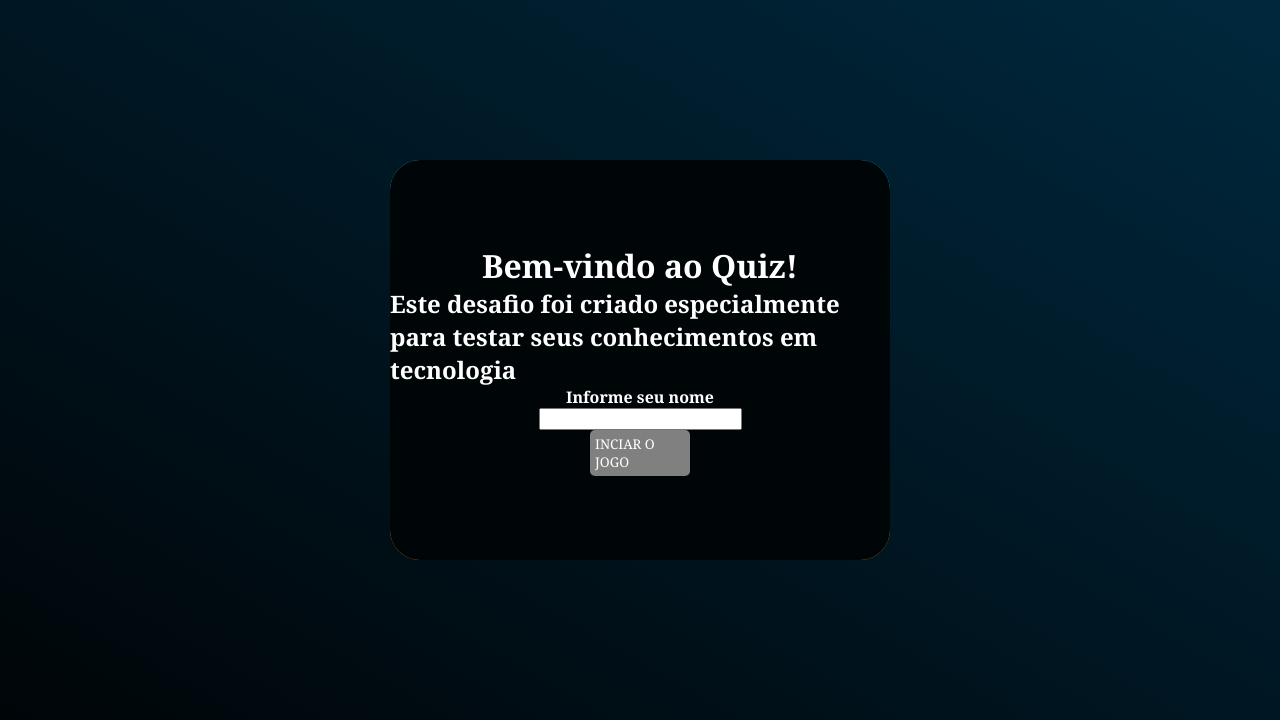
Repository: LaisSilvaO/Projeto-Quizz
Page: telas/apresentação.html
The author's editor kept a copy of each file at every save. The page is drawn from the files as they stood at one save, then again after the next save.
The browser window is 1280 px wide. The pictures show the whole page.

Above is the page before, as saved 2024-12-25 19:20:31.

After the next save:
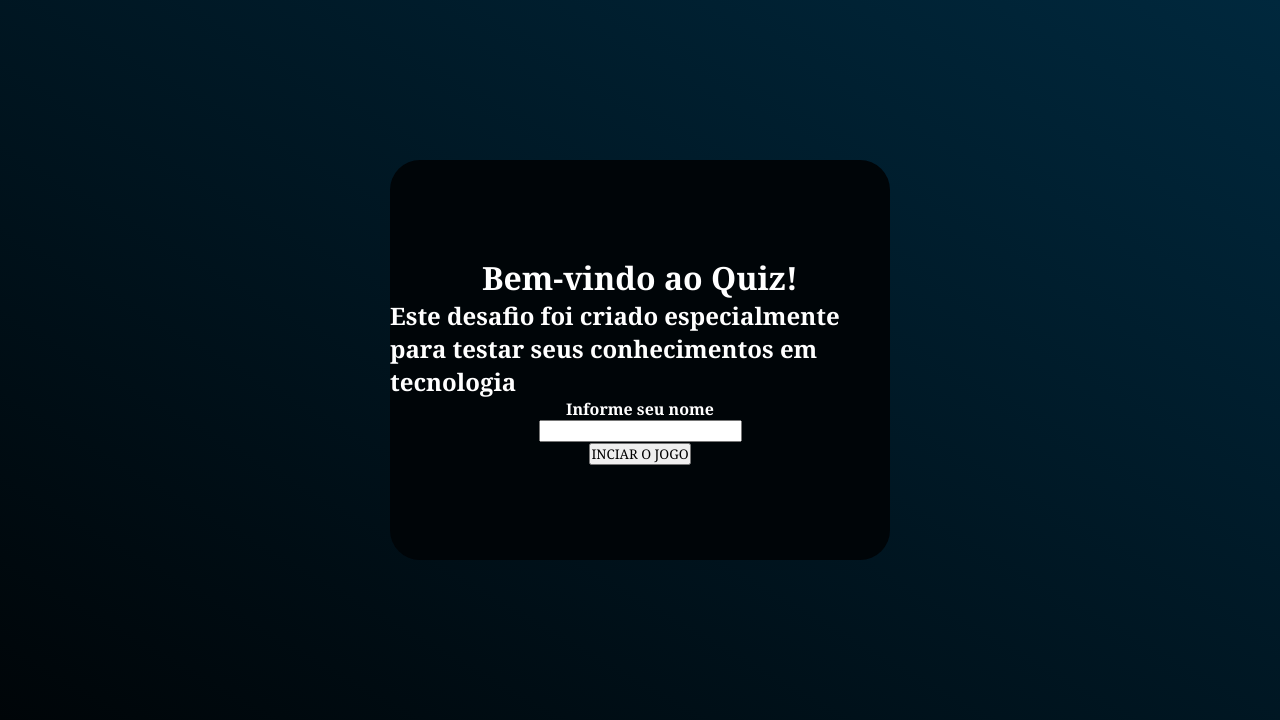
Saved 102 s later.
--- a/img/tela.css
+++ b/img/tela.css
@@ -9,10 +9,7 @@ body {
   height: 100vh;
   display: flex;
   justify-content: center;
-  flex-direction: column;
-  flex-wrap: wrap;
   align-items: center;
-  gap: 5px;
   background: linear-gradient(210deg, #00283d, #000508);
 }
 
@@ -24,48 +21,6 @@ main {
   max-width: 600px;
   min-height: 400px;
   display: flex;
-  align-items: center;
-  justify-content: center;
-}
-
-.content {
-  display: flex;
-  flex-direction: column;
-  width: 100px;
-  gap: 10px;
-}
-
-.qtddquestao {
-  text-align: end;
-}
-
-.resposta {
-  display: flex;
-  flex-direction: column;
-  gap: 5px;
-}
-
-button {
-  width: 100px;
-  text-align: start;
-  padding: 5px;
-  border: none;
-  border-radius: 5px;
-  cursor: pointer;
-  background-color: grey;
-  color: white;
-}
-
-.final {
-  display: none;
-  flex-direction: column;
-  gap: 10px;
-}
-
-.box1 {
-  display: flex;
-  width: 100%;
-  height: 100vh; /* Corrigido: de '100hv' para '100vh' */
   justify-content: center;
   align-items: center;
 }
@@ -81,16 +36,42 @@ button {
   justify-content: center;
   align-items: center;
   flex-direction: column;
+  overflow: hidden;
 }
 
 .box2::before {
   content: "";
   position: absolute;
-  width: 100%; /* Ajustado para cobrir toda a largura da caixa */
-  height: 100%; /* Ajustado para cobrir toda a altura da caixa */
-  top: 0; /* Garantindo que o pseudo-elemento fique no topo da .box2 */
-  left: 0; /* Garantindo que o pseudo-elemento fique no lado esquerdo */
-  background: linear-gradient(180deg, #07e2f1, #eb9b05);
-  border-radius: 30px; /* Mantém o arredondamento dos cantos da box */
-  z-index: -1; /* Coloca o pseudo-elemento atrás do conteúdo */
+  top: 0;
+  left: 0;
+  width: 100%;
+  height: 100%;
+  border: 5px solid transparent; /* Transparent border to define area */
+  border-radius: 30px;
+  background-image: linear-gradient(white, white),
+                    linear-gradient(180deg, #07e2f1, #eb9b05),
+                    linear-gradient(90deg, #07e2f1, #eb9b05);
+  background-origin: border-box;
+  background-clip: content-box, border-box;
+  animation: snakeMove 4s infinite linear;
+  z-index: -1; /* Ensure it's behind the content */
 }
+
+/* Keyframes for the "snake" animation */
+@keyframes snakeMove {
+  0% {
+    transform: translateX(0) translateY(0);
+  }
+  25% {
+    transform: translateX(100%) translateY(0); /* Move to the right */
+  }
+  50% {
+    transform: translateX(100%) translateY(100%); /* Move down */
+  }
+  75% {
+    transform: translateX(0) translateY(100%); /* Move to the left */
+  }
+  100% {
+    transform: translateX(0) translateY(0); /* Move up */
+  }
+}
